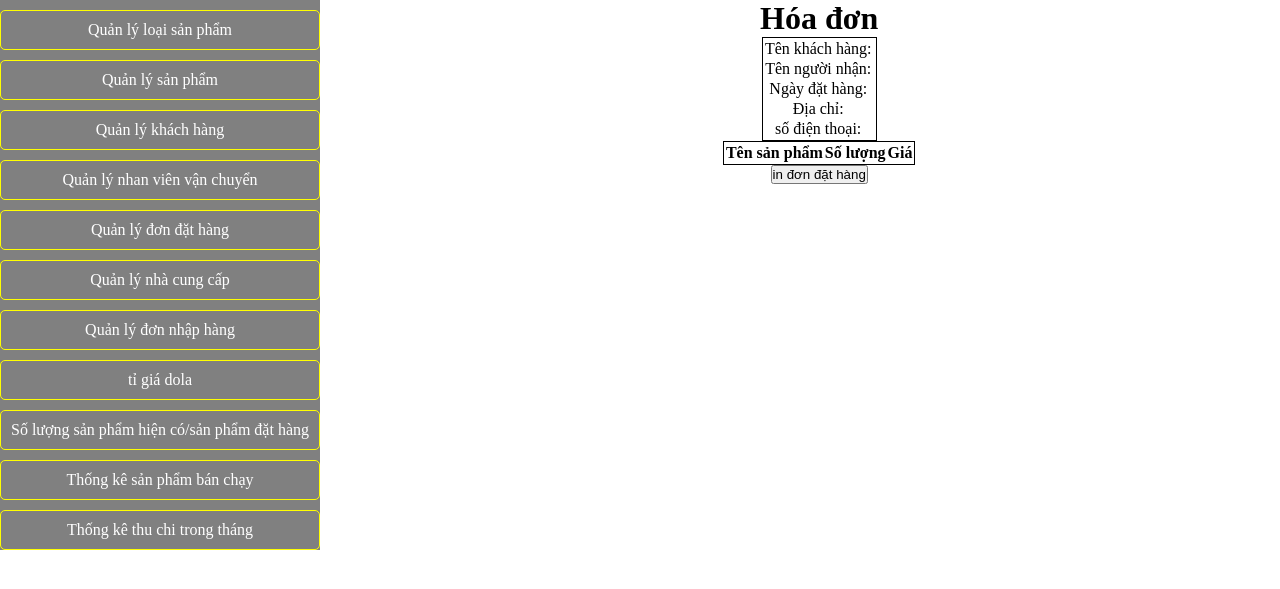
Repository: tranminhtam92/web
Page: http://localhost/demoview/admin/Exportbill.jsp
These files come from the project's save history. The page is drawn as it stood at one moment and after the next save; the edit follows.
The browser window is 1280 px wide. The pictures show the whole page.
The page is served by Tomcat 9. The template is opened directly, without the code that normally fills it, so the values that code supplies are empty.

Above is the page before, as saved 2016-12-26 15:36:20.

After the next save:
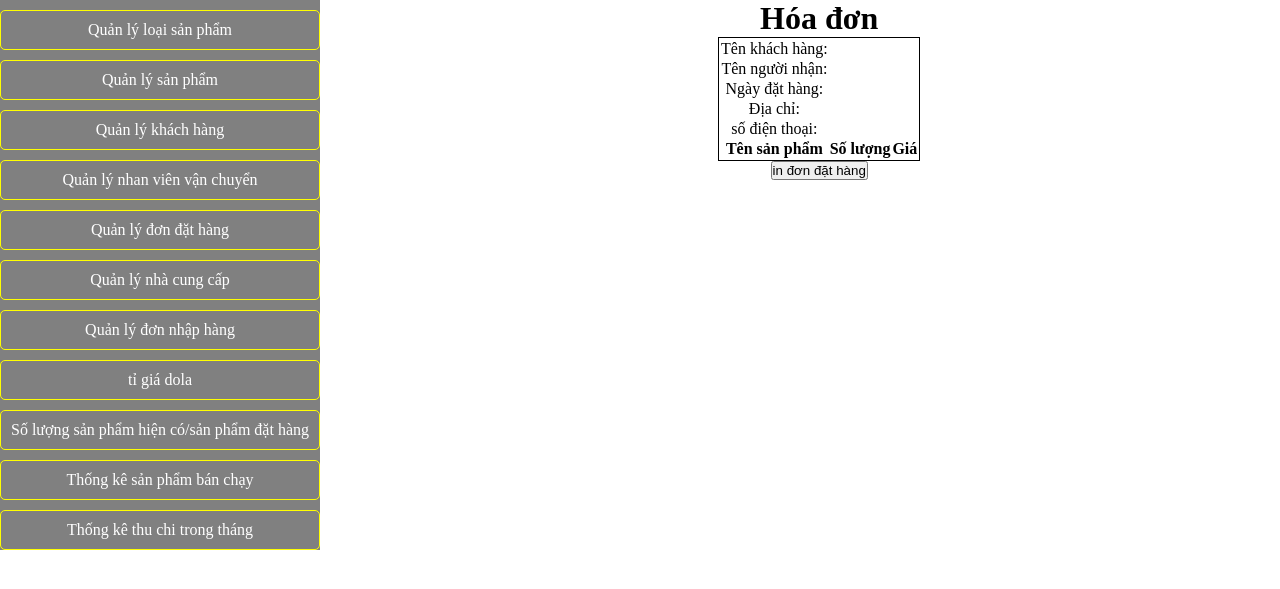
Saved 2 min 41 s later.
--- a/Code/demoview/WebContent/admin/Exportbill.jsp
+++ b/Code/demoview/WebContent/admin/Exportbill.jsp
@@ -18,6 +18,10 @@
 </div>
 <div class="right">
 <h1>Hóa đơn</h1>
+
+
+
+<div class="table">
 <table>
 <tr>
 <td>Tên khách hàng:
@@ -39,9 +43,6 @@
 <td>số điện thoại:
 <td>${order.sodienthoai}
 </tr>
-</table>
-<div class="table">
-<table>
 <tr>
 <th> Tên sản phẩm</th>
 <th> Số lượng</th>
